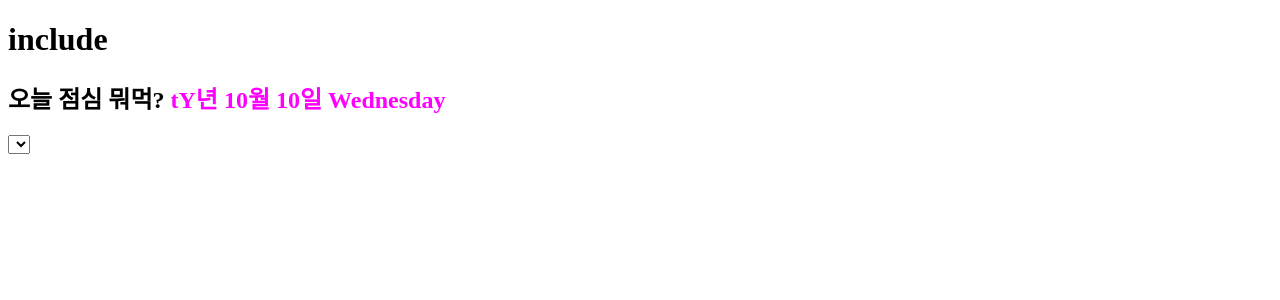
Repository: steeveelee2/WEB_Study
Page: http://localhost/jspProject/views/03_lunchMenu.jsp
These files come from the project's save history. The page is drawn as it stood at one moment and after the next save; the edit follows.
The browser window is 1280 px wide. The pictures show the whole page.
The page is served by Tomcat 9.

Above is the page before, as saved 2018-10-15 03:08:08.

After the next save:
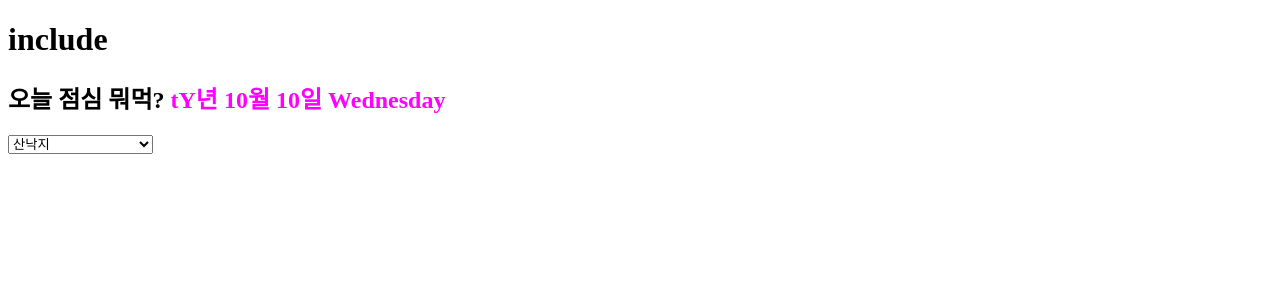
Saved 4 min 9 s later.
--- a/webWorkspace/jspProject/web/views/03_lunchMenu.jsp
+++ b/webWorkspace/jspProject/web/views/03_lunchMenu.jsp
@@ -18,7 +18,11 @@
 		<span style="color:magenta;"><%=today %></span>
 	</h2>
 	<select>
-		<option value=""></option>
+		<option value="산낙지">산낙지</option>
+		<option value="춘천식닭갈비">춘천식닭갈비</option>
+		<option value="김치리조또">김치리조또</option>
+		<option value="트래디셔널멕시칸나쵸">트래디셔널멕시칸나쵸</option>
+		<option value="돼지고기김치찌개">돼지고기김치찌개</option>
 	</select>
 </body>
 </html>
